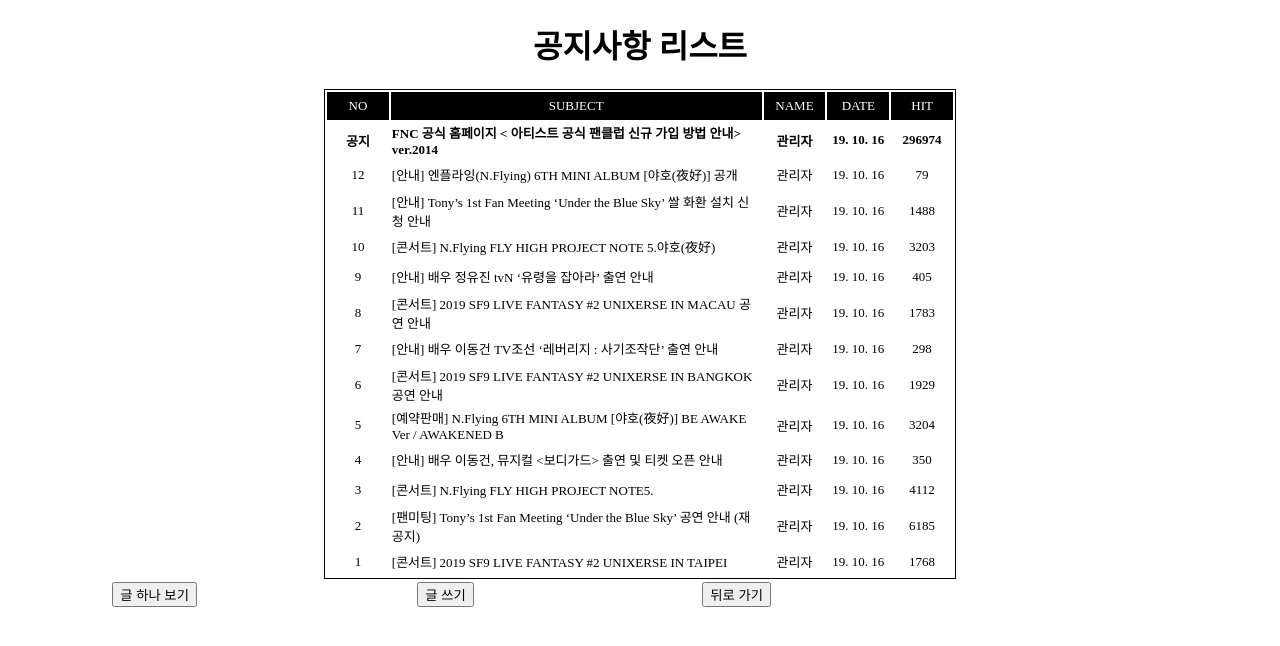
Repository: lbj0314/webTest
Page: Html_ex1/WebContent/notice/noticeList.html
The author's editor kept a copy of each file at every save. The page is drawn from the files as they stood at one save, then again after the next save.
The browser window is 1280 px wide. The pictures show the whole page.

Above is the page before, as saved 2019-10-16 07:50:17.

### Html_ex1/WebContent/notice/noticeList.html
<!DOCTYPE html>
<html>
<head>
<meta charset="UTF-8">
<title>Insert title here</title>
<style type="text/css">
#h1 {
	text-align: center;
}

.t1 {
	margin: 0 auto;
	border: 1px solid black;
	width: 50%;
}

td {
	width: 10%;
	height: 2em;
	text-align: center;
	font-size: small;
}

.td1 {
	color: white;
	text-align: center;
}

#sub {
	width: 60%;
}

.td2 {
	text-align: left;
	margin-left: 10px;
}

#t2 {
	width: 50%;
	border: 1px solid black;
	margin: 0 auto;
}
#d1{
	width: 10%;
	margin: 0 auto;

}
</style>
</head>
<body>
	<h1 id="h1">공지사항 리스트</h1>
	<table class="t1">
		<tr style="background-color: black;">
			<td class="td1">NO</td>
			<td class="td1">SUBJECT</td>
			<td class="td1">NAME</td>
			<td class="td1">DATE</td>
			<td class="td1">HIT</td>
		</tr>
		<tr style="font-weight: bold;">
			<td>공지</td>
			<td class="td2" id="sub">FNC 공식 홈페이지 < 아티스트 공식 팬클럽 신규 가입 방법 안내>
				ver.2014</td>
			<td>관리자</td>
			<td>19. 10. 16</td>
			<td>296974</td>
		</tr>
		<tr>
			<td>12</td>
			<td class="td2">[안내] 엔플라잉(N.Flying) 6TH MINI ALBUM [야호(夜好)] 공개</td>
			<td>관리자</td>
			<td>19. 10. 16</td>
			<td>79</td>
		</tr>
		<tr>
			<td>11</td>
			<td class="td2">[안내] Tony’s 1st Fan Meeting ‘Under the Blue Sky’
				쌀 화환 설치 신청 안내</td>
			<td>관리자</td>
			<td>19. 10. 16</td>
			<td>1488</td>
		</tr>
		<tr>
			<td>10</td>
			<td class="td2">[콘서트] N.Flying FLY HIGH PROJECT NOTE 5.야호(夜好)</td>
			<td>관리자</td>
			<td>19. 10. 16</td>
			<td>3203</td>
		</tr>
		<tr>
			<td>9</td>
			<td class="td2">[안내] 배우 정유진 tvN ‘유령을 잡아라’ 출연 안내</td>
			<td>관리자</td>
			<td>19. 10. 16</td>
			<td>405</td>
		</tr>
		<tr>
			<td>8</td>
			<td class="td2">[콘서트] 2019 SF9 LIVE FANTASY #2 UNIXERSE IN MACAU
				공연 안내</td>
			<td>관리자</td>
			<td>19. 10. 16</td>
			<td>1783</td>
		</tr>
		<tr>
			<td>7</td>
			<td class="td2">[안내] 배우 이동건 TV조선 ‘레버리지 : 사기조작단’ 출연 안내</td>
			<td>관리자</td>
			<td>19. 10. 16</td>
			<td>298</td>
		</tr>
		<tr>
			<td>6</td>
			<td class="td2">[콘서트] 2019 SF9 LIVE FANTASY #2 UNIXERSE IN
				BANGKOK 공연 안내</td>
			<td>관리자</td>
			<td>19. 10. 16</td>
			<td>1929</td>
		</tr>
		<tr>
			<td>5</td>
			<td class="td2">[예약판매] N.Flying 6TH MINI ALBUM [야호(夜好)] BE AWAKE
				Ver / AWAKENED B</td>
			<td>관리자</td>
			<td>19. 10. 16</td>
			<td>3204</td>
		</tr>
		<tr>
			<td>4</td>
			<td class="td2">[안내] 배우 이동건, 뮤지컬 <보디가드> 출연 및 티켓 오픈 안내</td>
			<td>관리자</td>
			<td>19. 10. 16</td>
			<td>350</td>
		</tr>
		<tr>
			<td>3</td>
			<td class="td2">[콘서트] N.Flying FLY HIGH PROJECT NOTE5.</td>
			<td>관리자</td>
			<td>19. 10. 16</td>
			<td>4112</td>
		</tr>
		<tr>
			<td>2</td>
			<td class="td2">[팬미팅] Tony’s 1st Fan Meeting ‘Under the Blue
				Sky’ 공연 안내 (재 공지)</td>
			<td>관리자</td>
			<td>19. 10. 16</td>
			<td>6185</td>
		</tr>
		<tr>
			<td>1</td>
			<td class="td2">[콘서트] 2019 SF9 LIVE FANTASY #2 UNIXERSE IN
				TAIPEI</td>
			<td>관리자</td>
			<td>19. 10. 16</td>
			<td>1768</td>
		</tr>
	</table>
	<table>
	<tr>
		<td><form action="./noticeListOne.html" method="get">
			<input type="submit" value="글 하나 보기" name="noticeListOne">
		</form>
		</td>
		<td>
		<form action="./noticeWrite.html" method="get">
			<input type="submit" value="글 쓰기" name="noticeWirte">
		</form>
		</td>
		<td>
		<form action="../index.html" method="get">
			<input type="submit" value="뒤로 가기" name="noticeListback">
		</form>
		</td>
		</tr>
	</table>
</body>
</html>

After the next save:
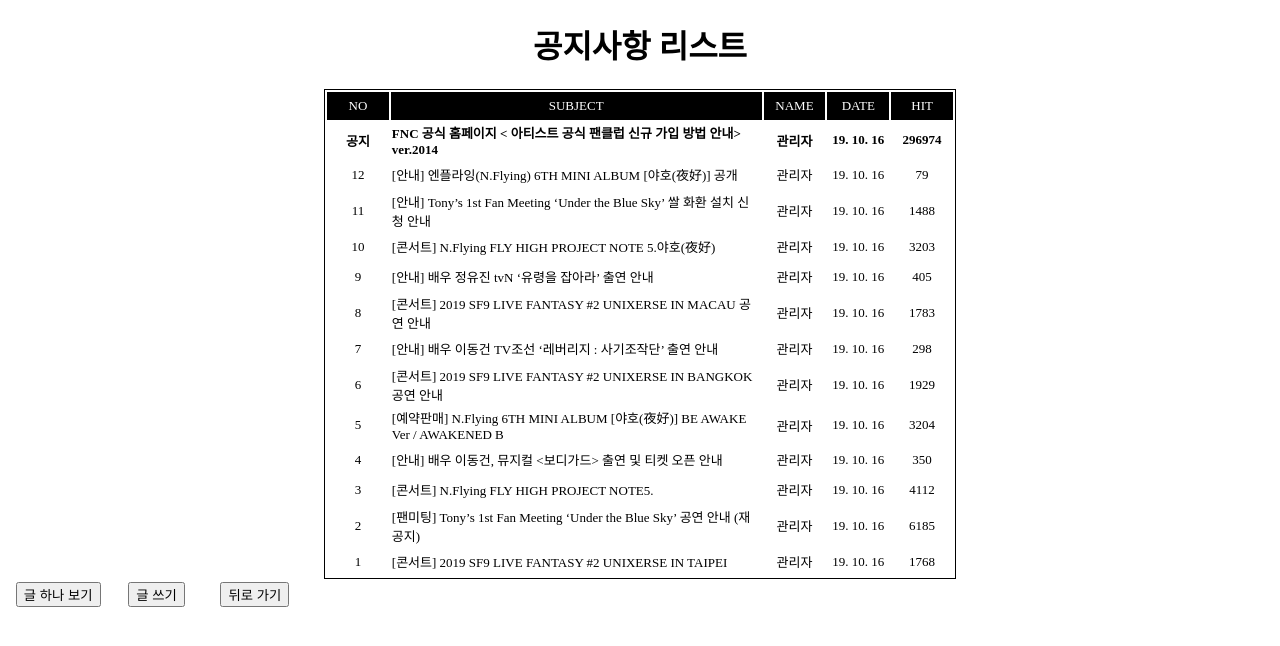
Saved 56 s later.
--- a/Html_ex1/WebContent/notice/noticeList.html
+++ b/Html_ex1/WebContent/notice/noticeList.html
@@ -40,8 +40,8 @@ td {
 	border: 1px solid black;
 	margin: 0 auto;
 }
-#d1{
-	width: 10%;
+.td3{
+	width: 30%;
 	margin: 0 auto;
 
 }
@@ -158,16 +158,16 @@ td {
 	</table>
 	<table>
 	<tr>
-		<td><form action="./noticeListOne.html" method="get">
+		<td class="td3"><form action="./noticeListOne.html" method="get">
 			<input type="submit" value="글 하나 보기" name="noticeListOne">
 		</form>
 		</td>
-		<td>
+		<td class="td3">
 		<form action="./noticeWrite.html" method="get">
 			<input type="submit" value="글 쓰기" name="noticeWirte">
 		</form>
 		</td>
-		<td>
+		<td class="td3">
 		<form action="../index.html" method="get">
 			<input type="submit" value="뒤로 가기" name="noticeListback">
 		</form>
